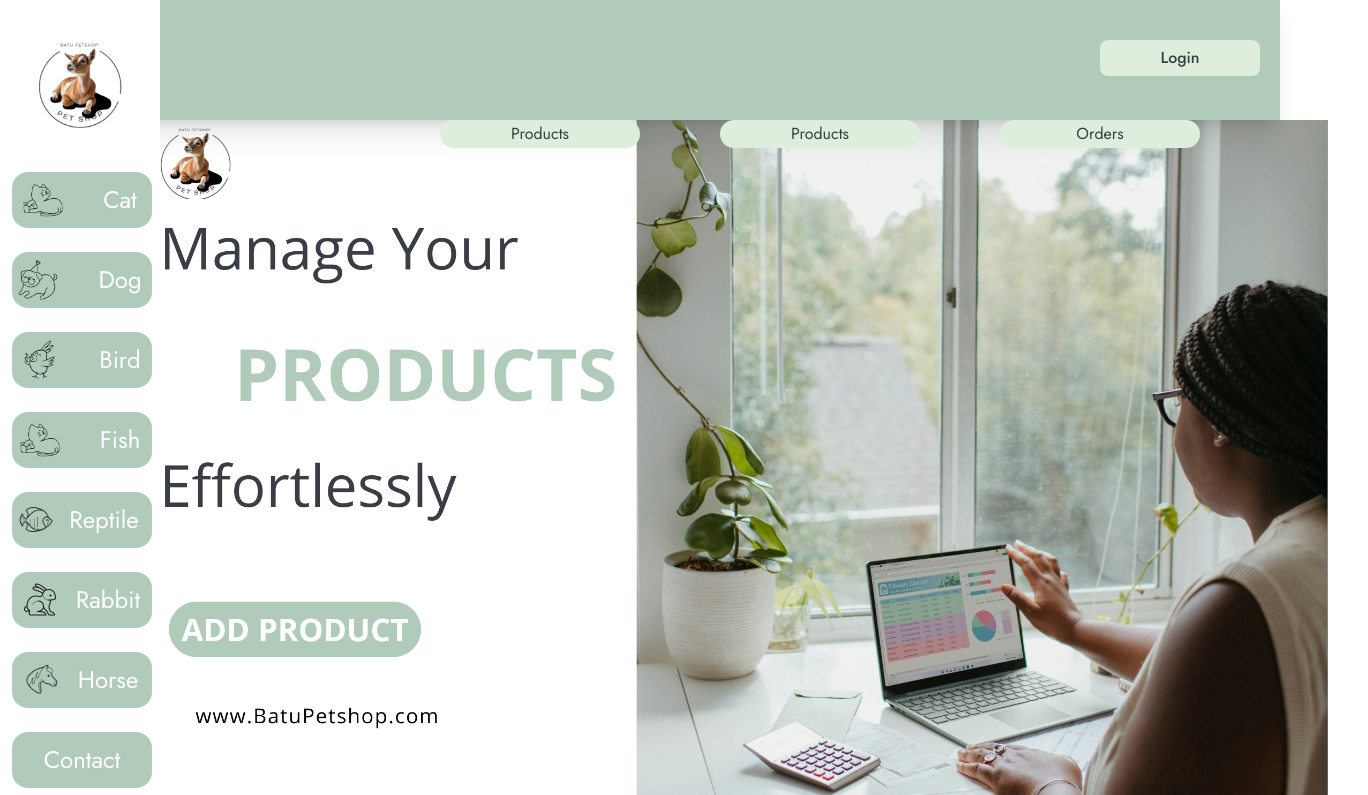
Repository: batu-call/batu-petshop
Page: /main (app in petshopp-appAdmin/admin/)
The author's editor kept a copy of each file at every save. The page is drawn from the files as they stood at one save, then again after the next save.
The browser window is 1280 px wide. The page is 1328 px wide, then 1368 px, so the pictures cover 1368 px, including what lies to the right of the window. The pictures show the whole page.
The project was rebuilt for these pictures with package versions that can differ from the ones it lists, and the page was loaded fresh each time. The framework's server and built-in components were replaced by stand-ins that run in the browser. Also part of the build but not shown: petshopp-appAdmin/admin/next.config.ts.

Above is the page before, as saved 2025-09-21 00:46:43.

After the next save:
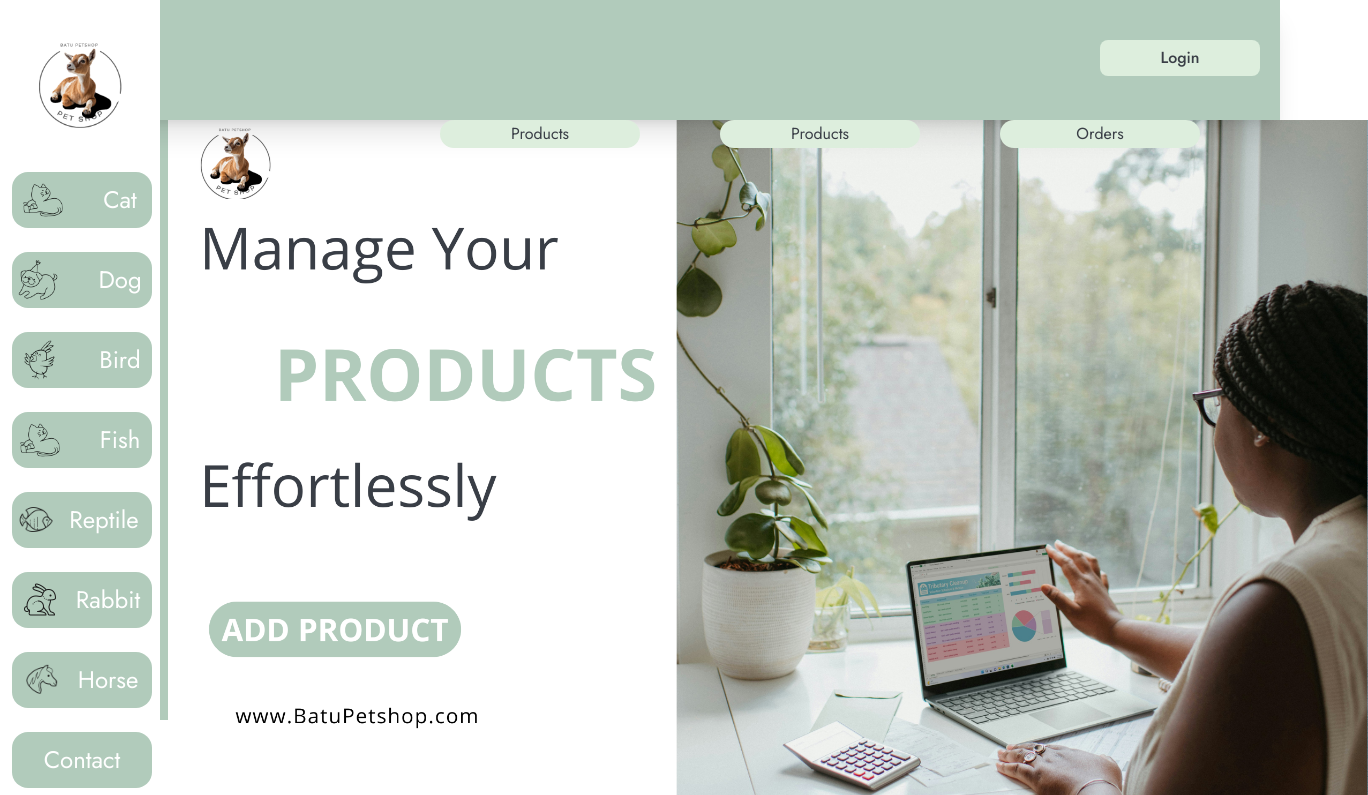
Saved 4 s later.
--- a/petshopp-appAdmin/admin/src/app/main/controller/Main.tsx
+++ b/petshopp-appAdmin/admin/src/app/main/controller/Main.tsx
@@ -11,7 +11,7 @@ const Main = () => {
       <Navbar />
       {/* Catgeory */}
       <Sidebar />
-      <Image src={"/admin-banner.png"} alt='admin-banner' width={1200} height={1200} className='ml-32'/>
+      <Image src={"/admin-banner.png"} alt='admin-banner' width={1200} height={1200} className='ml-42'/>
     </div>
   )
 }
